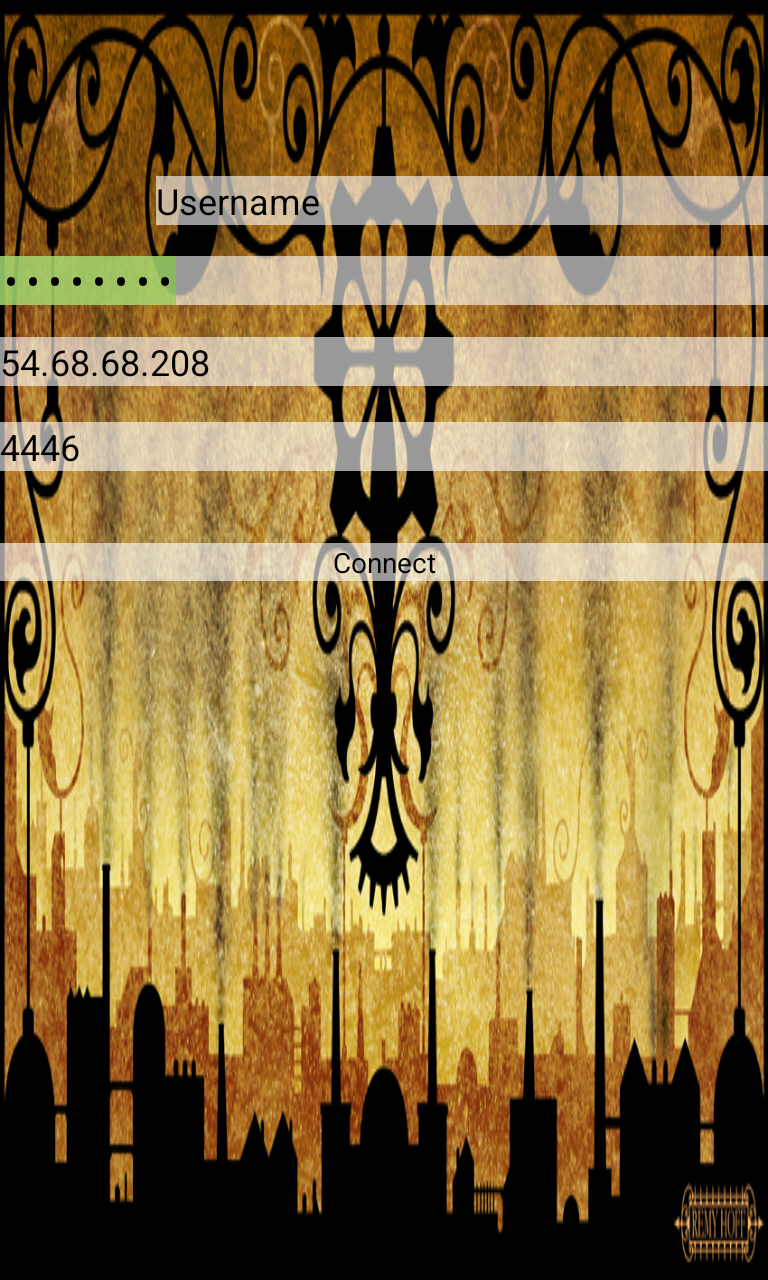
Repository: jkrepps/CSCE-482
Layout: Mobile Client (eclipse)/Industry of Deciet/res/layout/mains.xml
The author's editor kept a copy of each file at every save. The layout is drawn from the files as they stood at one save, then again after the next save.
It is drawn on a 768 x 1280 px phone screen (xhdpi) without system bars, with theme AppTheme; the app's code is not run.

Above is the layout before, as saved 2014-12-03 10:44:09.

After the next save:
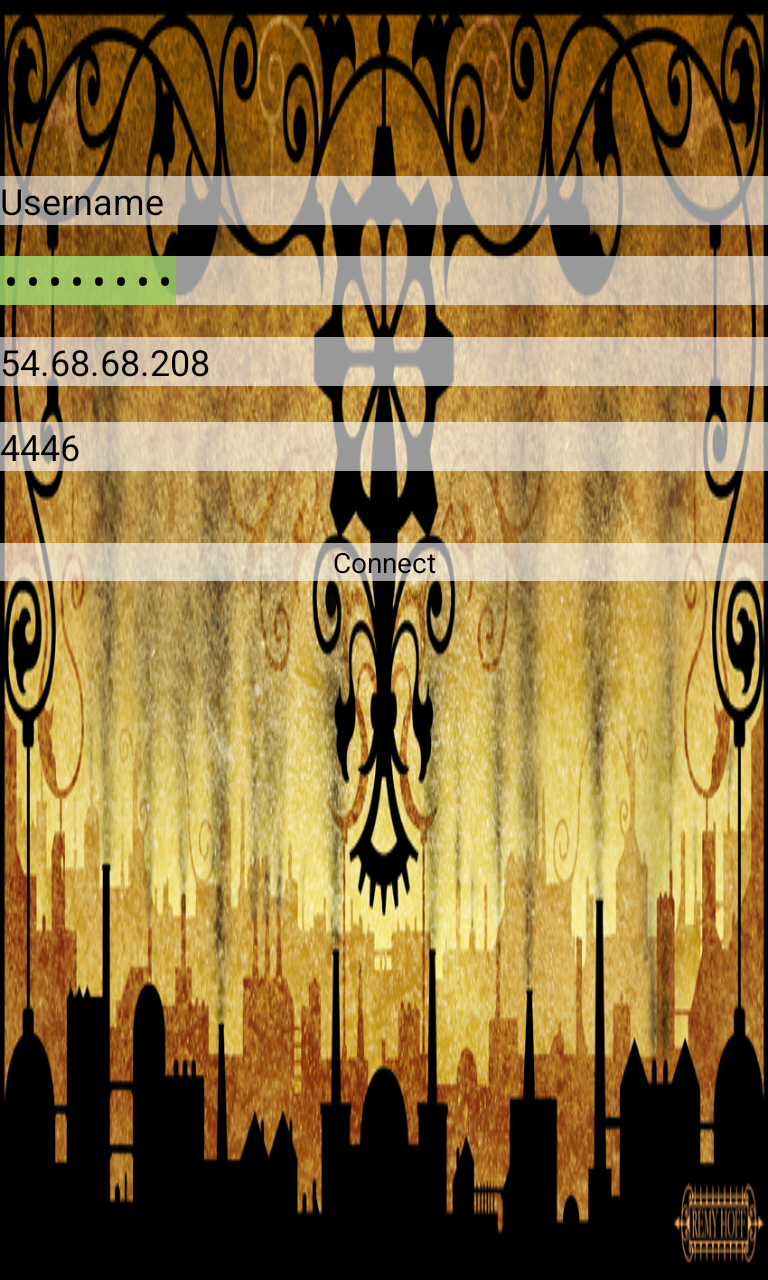
Saved 18 s later.
--- a/Mobile Client (eclipse)/Industry of Deciet/res/layout/mains.xml
+++ b/Mobile Client (eclipse)/Industry of Deciet/res/layout/mains.xml
@@ -84,7 +84,6 @@
             android:layout_alignBottom="@+id/editText2"
             android:layout_alignParentLeft="true"
             android:layout_marginBottom="40dp"
-            android:layout_marginLeft="78dp"
             android:background="#99FFFFFF"
             android:ems="10"
             android:inputType="textPersonName"
